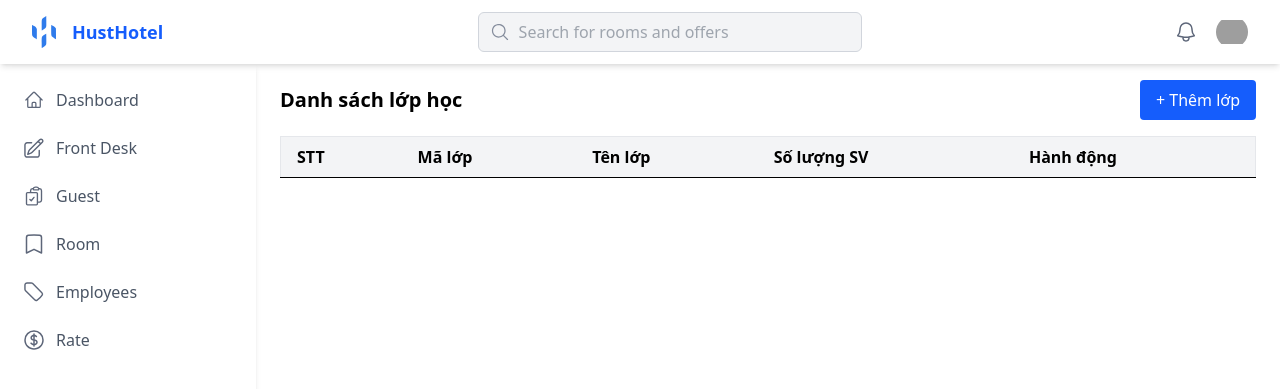
Repository: nguynd/GR1Attendance
Page: / (app in fe/)
The author's editor kept a copy of each file at every save. The page is drawn from the files as they stood at one save, then again after the next save.
The browser window is 1280 px wide. The pictures show the whole page.
Pictures or frames that could not be fetched are drawn as grey boxes. The page's requests for data from a server got no answer. The project was rebuilt for these pictures with package versions that can differ from the ones it lists, and the page was loaded fresh each time. Some packages were replaced by stand-ins written for this rebuild. No one was signed in, and anything a server would have sent is missing. Also part of the build but not shown: fe/vite.config.js, fe/src/components/EditClass.jsx.

Above is the page before, as saved 2025-05-24 20:04:33.

After the next save:
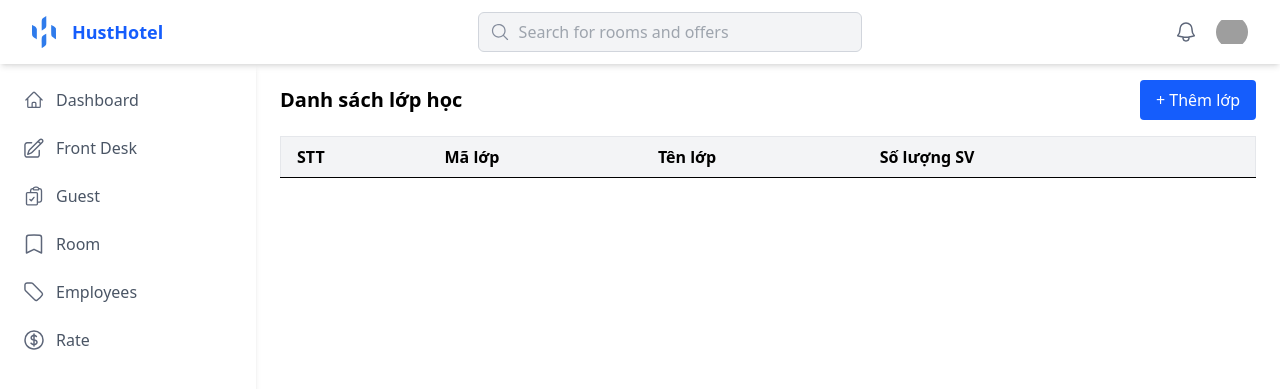
Saved 27 s later.
--- a/fe/src/components/ClassList.jsx
+++ b/fe/src/components/ClassList.jsx
@@ -59,7 +59,7 @@ export default function ClassList() {
               <th className="px-4 py-2 border-b text-left">Mã lớp</th>
               <th className="px-4 py-2 border-b text-left">Tên lớp</th>
               <th className="px-4 py-2 border-b text-left">Số lượng SV</th>
-              <th className="px-4 py-2 border-b text-left">Hành động</th>
+              <th className="px-4 py-2 border-b text-left"></th>
             </tr>
           </thead>
           <tbody>
@@ -71,7 +71,7 @@ export default function ClassList() {
                 <td className="px-4 py-2 border-b">{cls.student_count}</td>
                 <td className="px-4 py-2 border-b">
                   <button onClick={() => handleEllipsisClick(cls)}>
-                    <img src={ellipsisVertical} alt="Menu" className="w-5 h-5" />
+                    <img src={ellipsisVertical} alt="Menu" className="w-5 h-5 cursor-pointer transition" />
                   </button>
                 </td>
               </tr>
